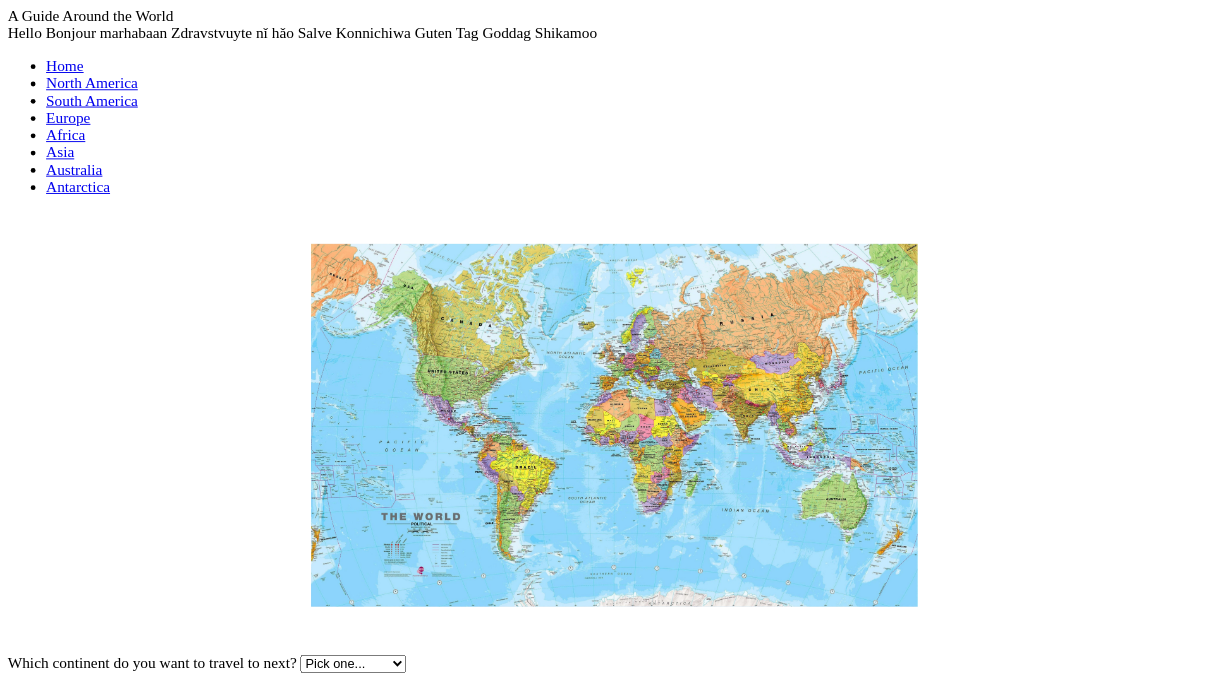
Repository: alharama/StaticWebsite
Page: index.html
The author's editor kept a copy of each file at every save. The page is drawn from the files as they stood at one save, then again after the next save.
The browser window is 1280 px wide. The pictures show the whole page, at 96% of full size.

Above is the page before, as saved 2021-09-29 22:56:06.

### index.html
<!DOCTYPE html>
<html>
<head>

    <title> A Guide Around the World</title>

    <style>

        @import url('https://fonts.googleapis.com/css2?family=Kaushan+Script&display=swap');

        #worldmap {
            display: block;
            margin-left: auto;
            margin-right: auto;
            margin-top: 50px;
            width: 50%;

        }

        #survey {
            margin-top: 50px;
        }


    </style>

</head>

    <header>
        A Guide Around the World


        <div id="languages">
            <span>Hello</span>
            <span>Bonjour</span>
            <span>marhabaan</span>
            <span>Zdravstvuyte</span>
            <span>nǐ hǎo</span>
            <span>Salve</span>
            <span>Konnichiwa</span>
            <span>Guten Tag</span>
            <span>Goddag</span>
            <span>Shikamoo</span>
        </div>
    </header>

    <body>

        <nav class="top_nav">
            <ul id="top_nav">
                <li><a href="/index.html">Home</a></li>
                <li><a href="/na_page.html">North America</a></li>
                <li><a href="/sa_page.html">South America</a></li>
                <li><a href="/eu_page.html">Europe</a></li>
                <li><a href="/af_page.html">Africa</a></li>
                <li><a href="/as_page.html">Asia</a></li>
                <li><a href="/au_page.html">Australia</a></li>
                <li><a href="/ant_page.html">Antarctica</a></li>
            </ul>
        </nav>

        <img id="worldmap" src="images/world_map.jpeg" alt="Map of World">






        <div id="survey">

            Which continent do you want to travel to next?
            <select>
                <option>Pick one...</option>
                <option>North America</option>
                <option>South America</option>
                <option>Asia</option>
                <option>Africa</option>
                <option>Europe</option>
                <option>Australia</option>
                <option>Antarctica</option>
            </select>

        </div>



    </body>

</html>

### StyleSheet.css

 @import url('https://fonts.googleapis.com/css2?family=Kaushan+Script&display=swap');

 header {
    text-align: center;
    padding: 5px;
    font-family: 'Kaushan Script', cursive;
    font-size: 100px;
    border-bottom: 1px solid;

}

body{
    background: rgb(238, 245, 222);
    margin: 0px;
    padding-bottom: 200px;
}

.top_nav {
    width: 100%;
    font-size: 40px;
    text-align: center;
    color: red;

}

.top_nav ul {
    margin: 0px;
    color: blue;
}

.top_nav li {
    display: inline-block;

}

.top_nav a {
    text-decoration:underline;
    color: rgb(175, 52, 52);

}

.top_nav a:hover {
    background-color: lightgray;
}


#languages{

    display: flex;
    font-size: 20px;
    justify-content:space-around;
}



 h1 {
    text-align: center;
    font-family: 'Kaushan Script', cursive;
}

.tourist_spots {
    text-align: center;
}
.tourist_spots li {
    list-style: none;
    text-align: center;
    font-size: 50px;

}


#dest {
    width: 400px;
    height: 300px;
    padding: 50px;
}

#other_dest_header {
    font-size: 50px;
}
.extra_destinations li{
    font-size: 20px;
}

After the next save:
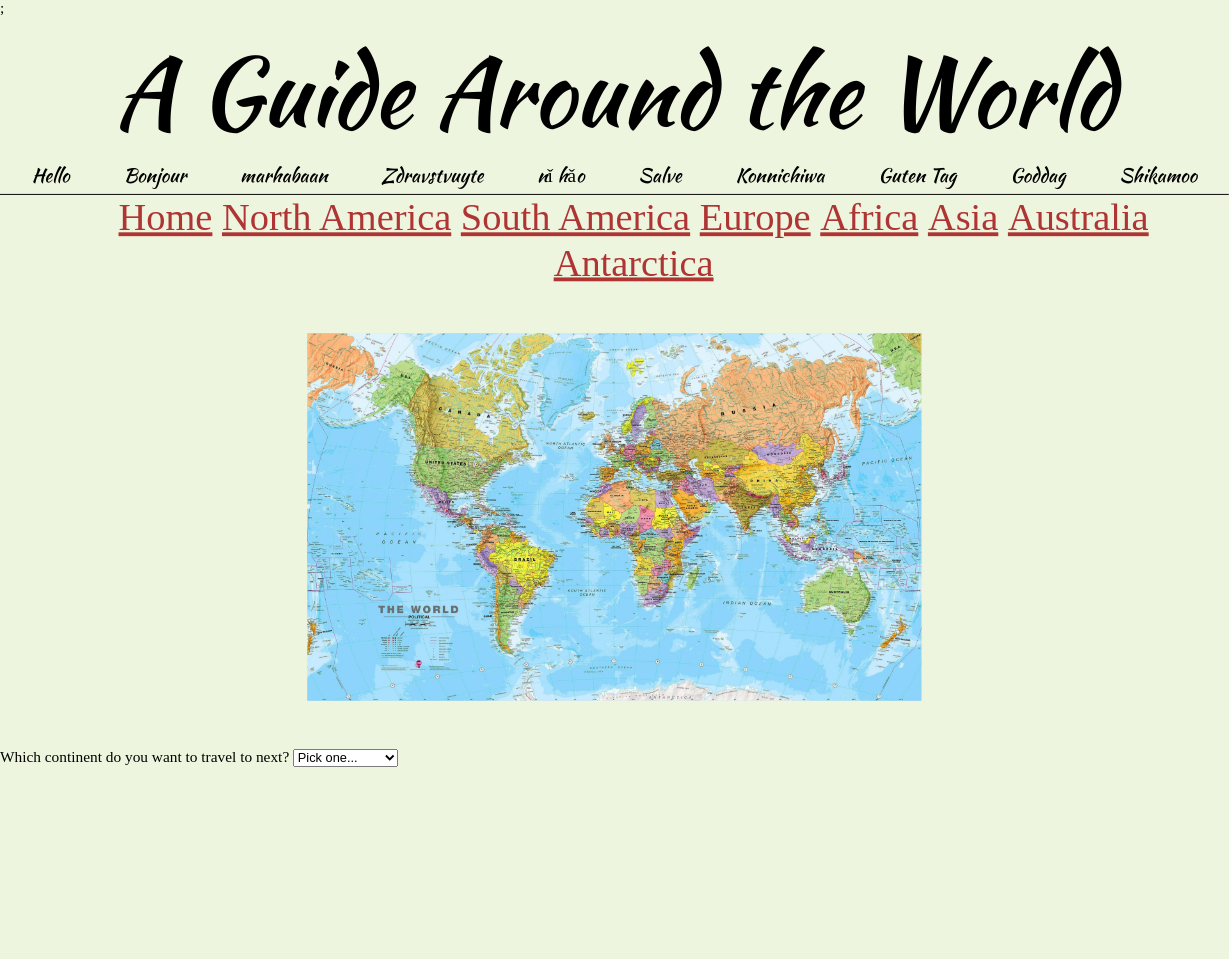
Saved 24 s later.
--- a/index.html
+++ b/index.html
@@ -1,6 +1,8 @@
 <!DOCTYPE html>
 <html>
 <head>
+
+    <link rel = "stylesheet" type="text/css" href="StyleSheet.css">;
 
     <title> A Guide Around the World</title>
 
